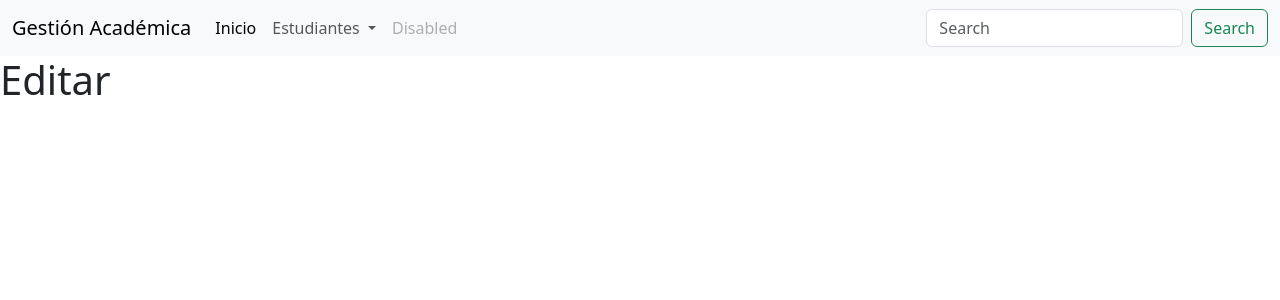
Repository: cesartomedes/frontacademico
Page: /#/createE
These files come from the project's save history. The page is drawn as it stood at one moment and after a run of saves; the edit follows.
The browser window is 1280 px wide. The pictures show the whole page.
The project was rebuilt for these pictures with package versions that can differ from the ones it lists, and the page was loaded fresh each time. Also part of the build but not shown: vue.config.js, src/components/HelloWorld.vue, src/views/HomeView.vue, src/views/EstudianteEdit.vue, src/views/EstudianteView.vue.

Above is the page before, as saved 2023-10-24 15:23:37.

After the next 2 saves:
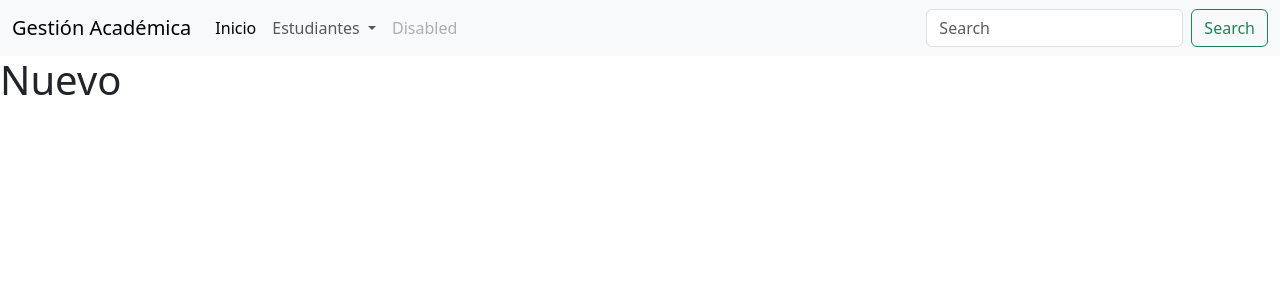
The 2 saves are shown as one change because they came seconds apart.
The last was saved 58 s later.
--- a/src/views/EstudianteNew.vue
+++ b/src/views/EstudianteNew.vue
@@ -1,5 +1,5 @@
 <template>
     <div class="about">
-      <h1>Editar</h1>
+      <h1>Nuevo</h1>
     </div>
 </template>
